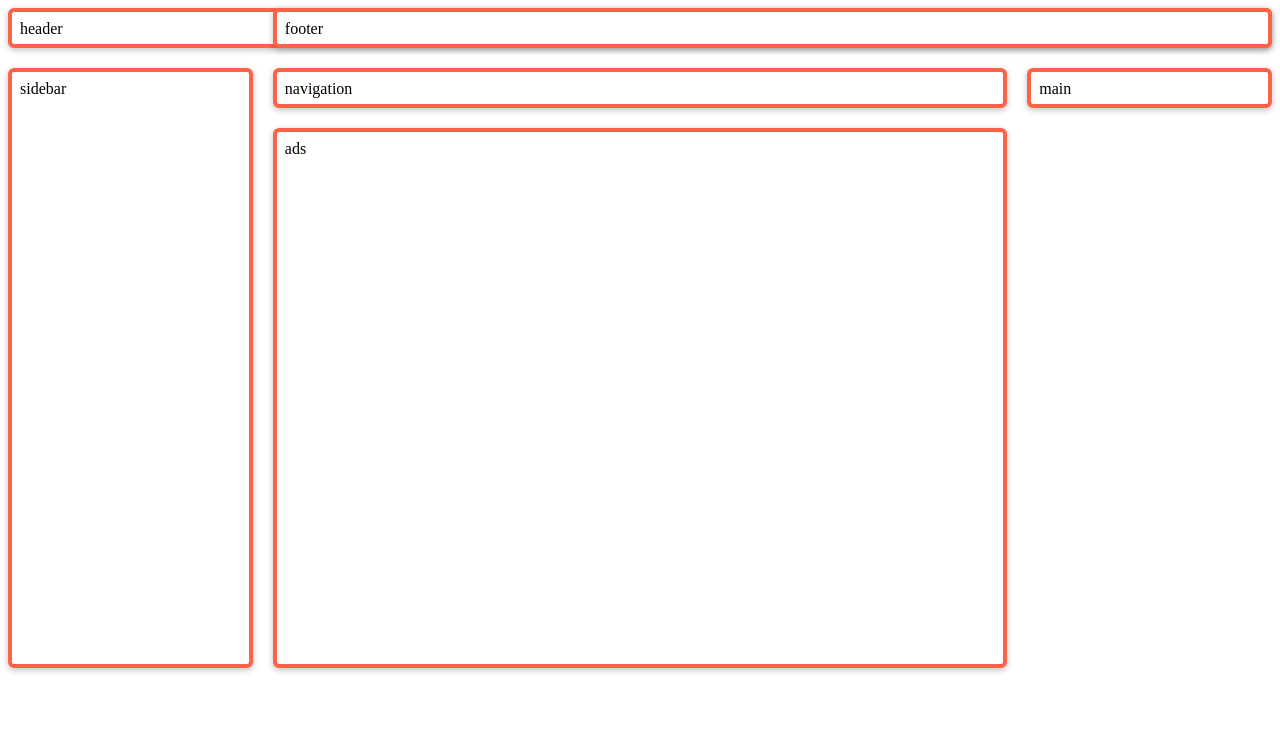
Repository: cokoduwa/css-layouts
Page: grid-exercises/03-page-layout/layout.html
These files come from the project's save history. The page is drawn as it stood at one moment and after the next save; the edit follows.
The browser window is 1280 px wide. The pictures show the whole page.

Above is the page before, as saved 2022-09-30 20:40:01.

### grid-exercises/03-page-layout/layout.html
<!DOCTYPE html>
<html lang="en">
  <head>
    <meta charset="UTF-8" />
    <meta name="viewport" content="width=device-width, initial-scale=1.0" />
    <title>Grid, devchallenge.io - Task 3.1</title>

    <link rel="stylesheet" href="style.css" />
  </head>
  <body>
    <div class="container">

      <div class="item header">header</div>

      <div class="item navigation">navigation</div>

      <div class="item main">main</div>

      <div class="item sidebar">sidebar</div>

      <div class="item ads">ads</div>

      <div class="item footer">footer</div>

    </div>
  </body>
</html>

### grid-exercises/03-page-layout/style.css
.item {
  padding: 8px;
  background-color: white;
  border: 4px solid tomato;
  border-radius: 6px;
  box-shadow: 0px 2px 6px rgba(0, 0, 0, 0.25);
}

.container {
  display: grid;
  grid-template-columns: 1fr 3fr 1fr;
  grid-template-rows: 40px 40px auto 40px;
  row-gap: 20px;
  column-gap: 20px;
  min-height: 100vh;
}

.header {
  grid-column-start: 1;
  grid-column-end: 4;
  grid-row-start: 1;
}

.sidebar {
  grid-column-start: 1;
  grid-row-start: 2;
  grid-row-end: 4;
}

.footer {
  grid-column-start: 2;
  grid-column-end: 4;
  grid-row-start: 1;
}

After the next save:
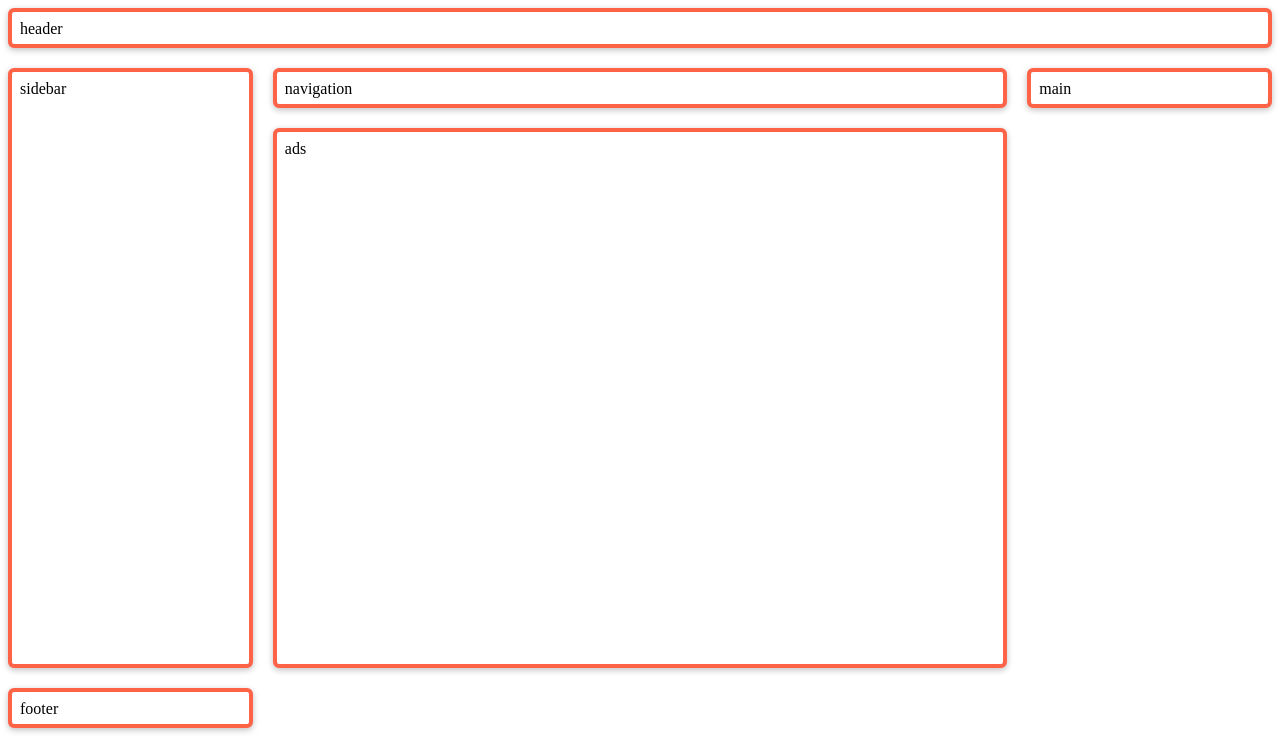
Saved 10 s later.
--- a/grid-exercises/03-page-layout/style.css
+++ b/grid-exercises/03-page-layout/style.css
@@ -29,6 +29,6 @@
 
 .footer {
   grid-column-start: 2;
-  grid-column-end: 4;
-  grid-row-start: 1;
+  grid-column-end: 1;
+  grid-row-start: 4;
 }
